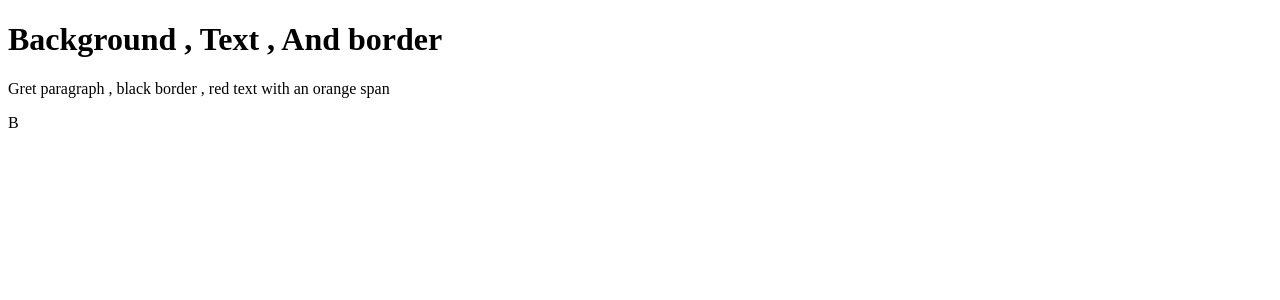
Repository: SnakeXrnt/pythonfile
Page: plusclass/2022/00_html/11_more_colors.html
An editor plug-in stored every save of this project. The page is shown before and after a run of saves, followed by the edit.
The browser window is 1280 px wide. The pictures show the whole page.

Above is the page before, as saved 2022-02-10 18:14:47.

After the next 10 saves:
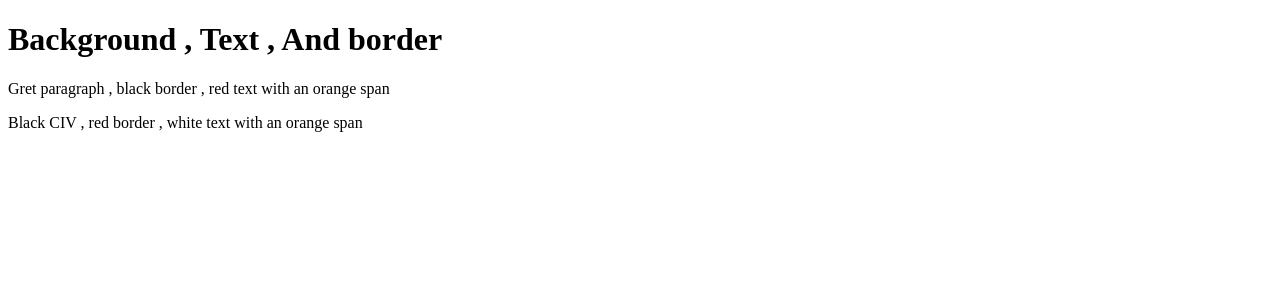
The 10 saves are shown as one change because they came seconds apart.
The last was saved 19 s later.
--- a/plusclass/2022/00_html/11_more_colors.html
+++ b/plusclass/2022/00_html/11_more_colors.html
@@ -17,6 +17,7 @@
     </p>
 
     <div class="uglydiv">
-        B
+        Black CIV , red border , white text with an <span>orange</span> span
+    </div>
 </body>
 </html>
